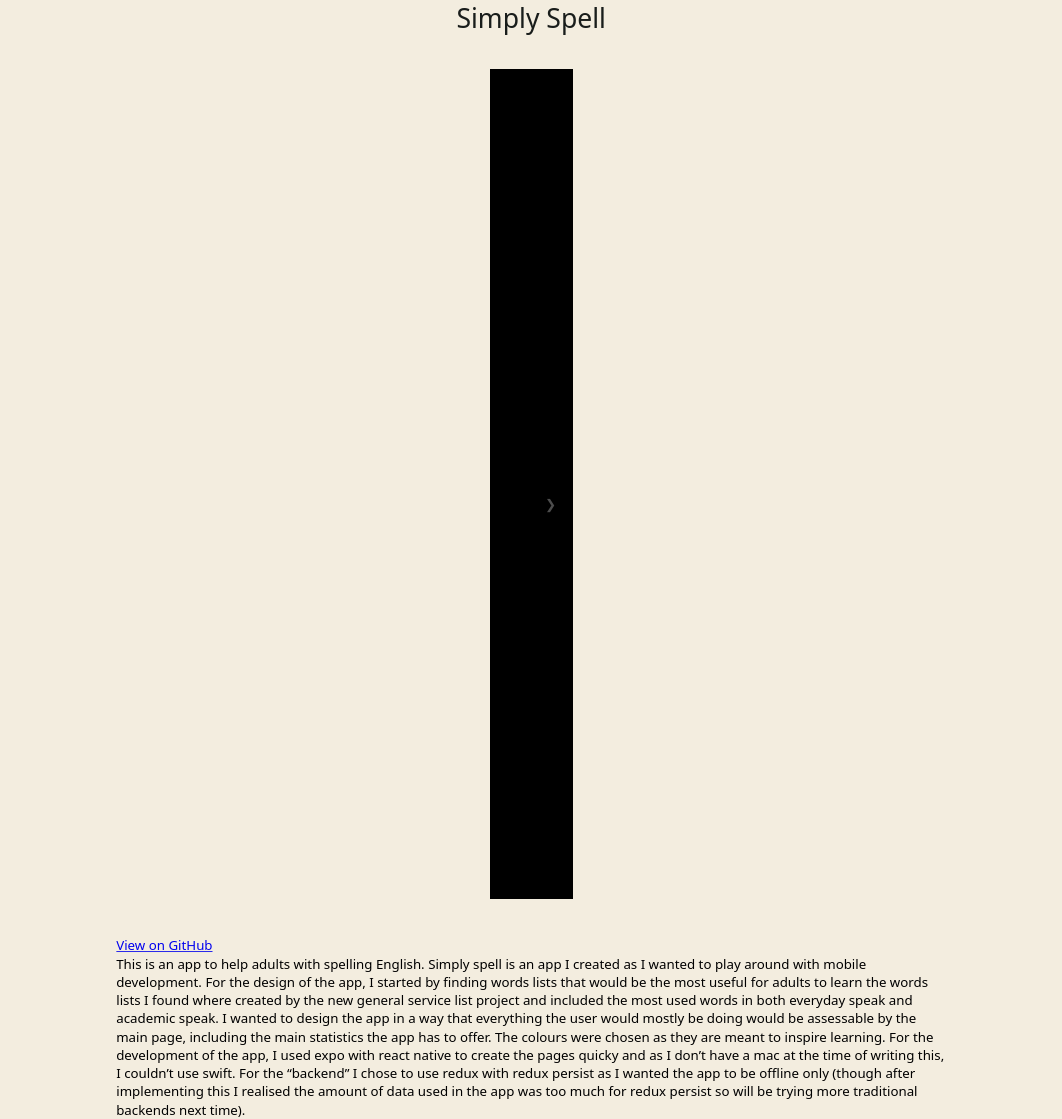
Repository: David-Waite/simpleespellwebsite
Page: /
An editor plug-in stored every save of this project. The page is shown before and after the next save, followed by the edit.
The browser window is 1280 px wide. The pictures show the whole page, at 83% of full size.
The project was rebuilt for these pictures with package versions that can differ from the ones it lists, and the page was loaded fresh each time.

Above is the page before, as saved 2023-07-27 19:11:11.

### src/index.css
* {
  margin: 0;
  padding: 0;
  font-family: system-ui, -apple-system, BlinkMacSystemFont, "Segoe UI", Roboto,
    Oxygen, Ubuntu, Cantarell, "Open Sans", "Helvetica Neue", sans-serif;
}

body {
  background-color: #f3eddf;
  width: 100vw;
}

.container {
  display: flex;
  flex-direction: column;
  align-items: center;
  max-width: 1000px;
  margin: 0 auto;
  overflow: hidden;
  gap: 40px;
}

h1 {
  text-align: center;
  font-weight: 300;
  color: #191d1b;
}

.slideshowContainer {
}
.carousel {
  display: flex;
  flex-direction: column;
  position: relative;
}

.slideContainer {
  scroll-snap-type: x mandatory;
  overflow-x: scroll;
  overflow-y: hidden;
  display: flex;
  align-items: center;
  width: 100px;
  -webkit-overflow-scrolling: touch;
  scroll-behavior: smooth;
}

.slideContainer::-webkit-scrollbar {
  display: none;
}
.slide {
  scroll-snap-align: center;
  position: relative;
  min-width: 100%;
  padding-top: 50%;
}
.slide img {
  height: auto;
  width: 100%;
  position: absolute;
  top: 0;
  left: 0;
}
.arrow {
  color: #ffffff;
  background-color: #000000;
  position: absolute;
  text-align: center;
  opacity: 0.3;
  cursor: pointer;
  position: absolute;
  top: 50%;
}
.arrow p {
  padding: 10px;
}
.arrowBack {
  left: 10px;
}
.arrowForward {
  right: 10px;
}
.arrow:hover {
  opacity: 1;
}

### src/App.js
import { useState, useEffect } from "react";
import { useRef } from "react";
import styles from "./index.css";

export default function App(props) {
  let images = [
    "../simplySpell1.PNG",
    "../simplySpell2.PNG",
    "../simplySpell3.PNG",
    "../simplySpell4.PNG",
    "../simplySpell5.PNG",
    "../simplySpell6.PNG",
    "../simplySpell7.PNG",
    "../simplySpell8.PNG",
    "../simplySpell9.PNG",
  ];

  function resetSlideShow() {
    slideContainerRef.current.scrollLeft = 0;
  }

  const slideContainerRef = useRef(null);
  const [hideLeft, setHideLeft] = useState("none");
  const [hideRight, setHideRight] = useState("");

  function handleBackArrow() {
    slideContainerRef.current.scrollLeft =
      slideContainerRef.current.scrollLeft -
      slideContainerRef.current.children[0].clientWidth;
  }

  function handleScroll() {
    const totalLength =
      slideContainerRef.current.children[0].clientWidth * (images.length - 1);

    if (slideContainerRef.current.scrollLeft === 0) {
      setHideLeft("none");
    } else {
      setHideLeft("");
    }

    if (slideContainerRef.current.scrollLeft >= totalLength - 100) {
      setHideRight("none");
    } else {
      setHideRight("");
    }
  }
  function handleFowardArrow() {
    slideContainerRef.current.scrollLeft =
      slideContainerRef.current.scrollLeft +
      slideContainerRef.current.children[0].clientWidth;
  }
  const slideElements = images.map((image) => {
    return (
      <div key={image} className={styles.slide}>
        <img src={image} />
      </div>
    );
  });

  useEffect(() => {
    resetSlideShow();
  }, [props]);

  return (
    <div className="container">
      <h1>Simply Spell</h1>
      <div className="slideshowContainer">
        <div className={"carousel"}>
          <div
            className={"slideContainer"}
            ref={slideContainerRef}
            onScroll={handleScroll}
          >
            {slideElements}
          </div>

          <div
            style={{ display: hideLeft }}
            className={`arrow arrowBack`}
            onClick={handleBackArrow}
          >
            <p>❮</p>
          </div>

          <div
            style={{ display: hideRight }}
            className={`arrow arrowForward`}
            onClick={handleFowardArrow}
          >
            <p>❯</p>
          </div>
        </div>
      </div>

      <div>
        <a href="https://github.com/David-Waite/SpellingApp">View on GitHub</a>
        <p>
          This is an app to help adults with spelling English. Simply spell is
          an app I created as I wanted to play around with mobile development.
          For the design of the app, I started by finding words lists that would
          be the most useful for adults to learn the words lists I found where
          created by the new general service list project and included the most
          used words in both everyday speak and academic speak. I wanted to
          design the app in a way that everything the user would mostly be doing
          would be assessable by the main page, including the main statistics
          the app has to offer. The colours were chosen as they are meant to
          inspire learning. For the development of the app, I used expo with
          react native to create the pages quicky and as I don’t have a mac at
          the time of writing this, I couldn’t use swift. For the “backend” I
          chose to use redux with redux persist as I wanted the app to be
          offline only (though after implementing this I realised the amount of
          data used in the app was too much for redux persist so will be trying
          more traditional backends next time).
        </p>
      </div>
    </div>
  );
}

Loaded but not shown: public/index.html (common file); src/index.js (common file); src/reportWebVitals.js (common file)

After the next save:
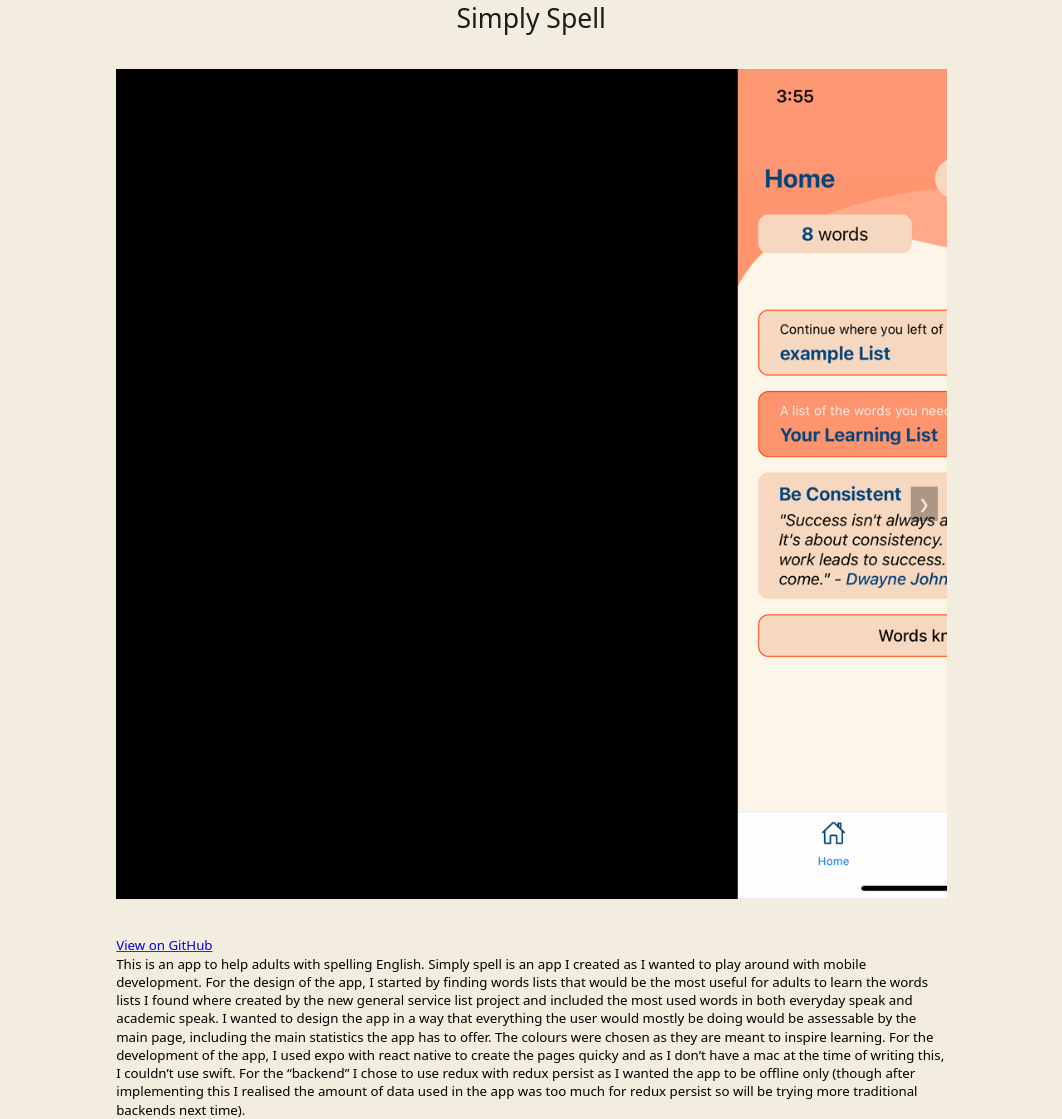
Saved 5 s later.
--- a/src/index.css
+++ b/src/index.css
@@ -40,7 +40,7 @@ h1 {
   overflow-y: hidden;
   display: flex;
   align-items: center;
-  width: 100px;
+  width: 1000px;
   -webkit-overflow-scrolling: touch;
   scroll-behavior: smooth;
 }
